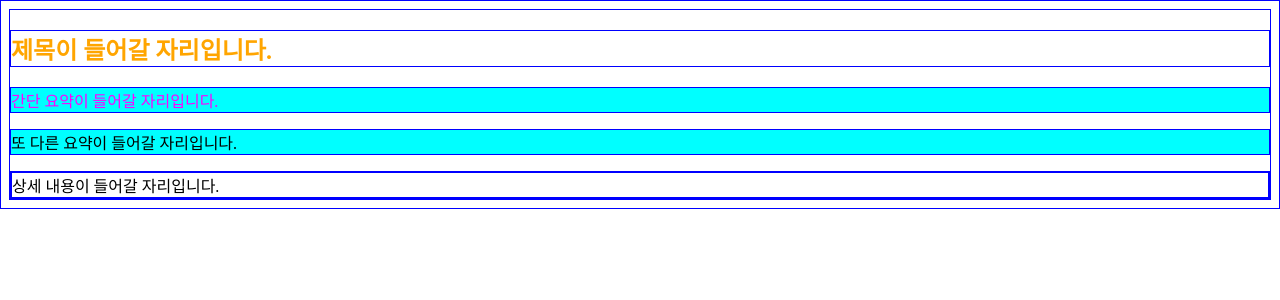
Repository: pvntlc/D-IT-Tech-Internship
Page: work_web/Day5/src/main/webapp/jQuery/2-2.selector1.html
These files come from the project's save history. The page is drawn as it stood at one moment and after the next save; the edit follows.
The browser window is 1280 px wide. The pictures show the whole page.

Above is the page before, as saved 2023-09-15 05:35:09.

### work_web/Day5/src/main/webapp/jQuery/2-2.selector1.html
<!DOCTYPE html>
<html>
  <head>
    <meta charset="UTF-8" />
    <title>jquery - selector</title>
    <script src="https://ajax.googleapis.com/ajax/libs/jquery/3.5.1/jquery.min.js"></script>
    <script type="text/javascript">
      $(document).ready(function () {

          $("*").css("border", "solid 1px blue");
          $("h2").css("color", "orange");
          $("p#target").css("color", "magenta");
          $(".item").css("background-color", "cyan");

      });

    </script>
  </head>
  <body>
    <h2>제목이 들어갈 자리입니다.</h2>
    <p class="item" id="target">간단 요약이 들어갈 자리입니다.</p>
    <p class="item">또 다른 요약이 들어갈 자리입니다.</p>
    <div>
      <div id="content">상세 내용이 들어갈 자리입니다.</div>
    </div>
  </body>
</html>

After the next save:
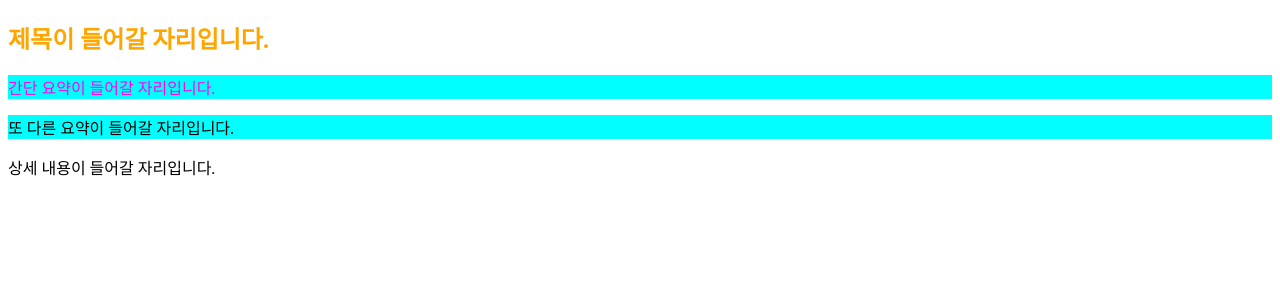
Saved 9 s later.
--- a/work_web/Day5/src/main/webapp/jQuery/2-2.selector1.html
+++ b/work_web/Day5/src/main/webapp/jQuery/2-2.selector1.html
@@ -7,7 +7,7 @@
     <script type="text/javascript">
       $(document).ready(function () {
 
-          $("*").css("border", "solid 1px blue");
+          $("*").css("border", "solid 1px blue cyan");
           $("h2").css("color", "orange");
           $("p#target").css("color", "magenta");
           $(".item").css("background-color", "cyan");

After the save that followed:
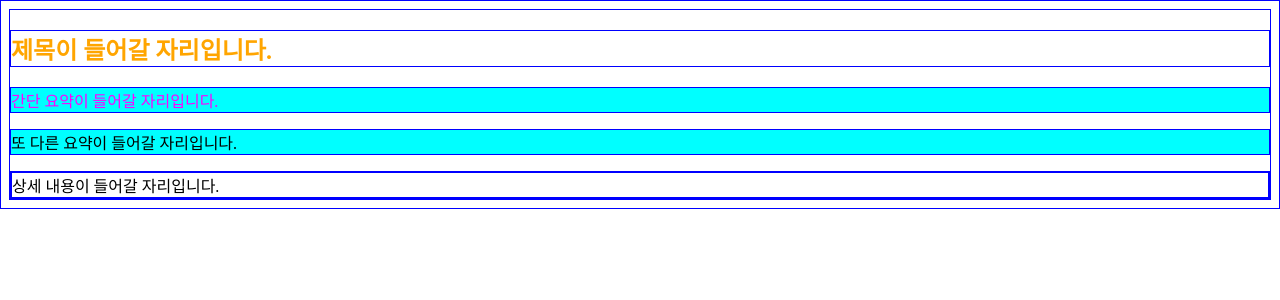
Saved 6 s later.
--- a/work_web/Day5/src/main/webapp/jQuery/2-2.selector1.html
+++ b/work_web/Day5/src/main/webapp/jQuery/2-2.selector1.html
@@ -7,7 +7,7 @@
     <script type="text/javascript">
       $(document).ready(function () {
 
-          $("*").css("border", "solid 1px blue cyan");
+          $("*").css("border", "solid 1px blue");
           $("h2").css("color", "orange");
           $("p#target").css("color", "magenta");
           $(".item").css("background-color", "cyan");
